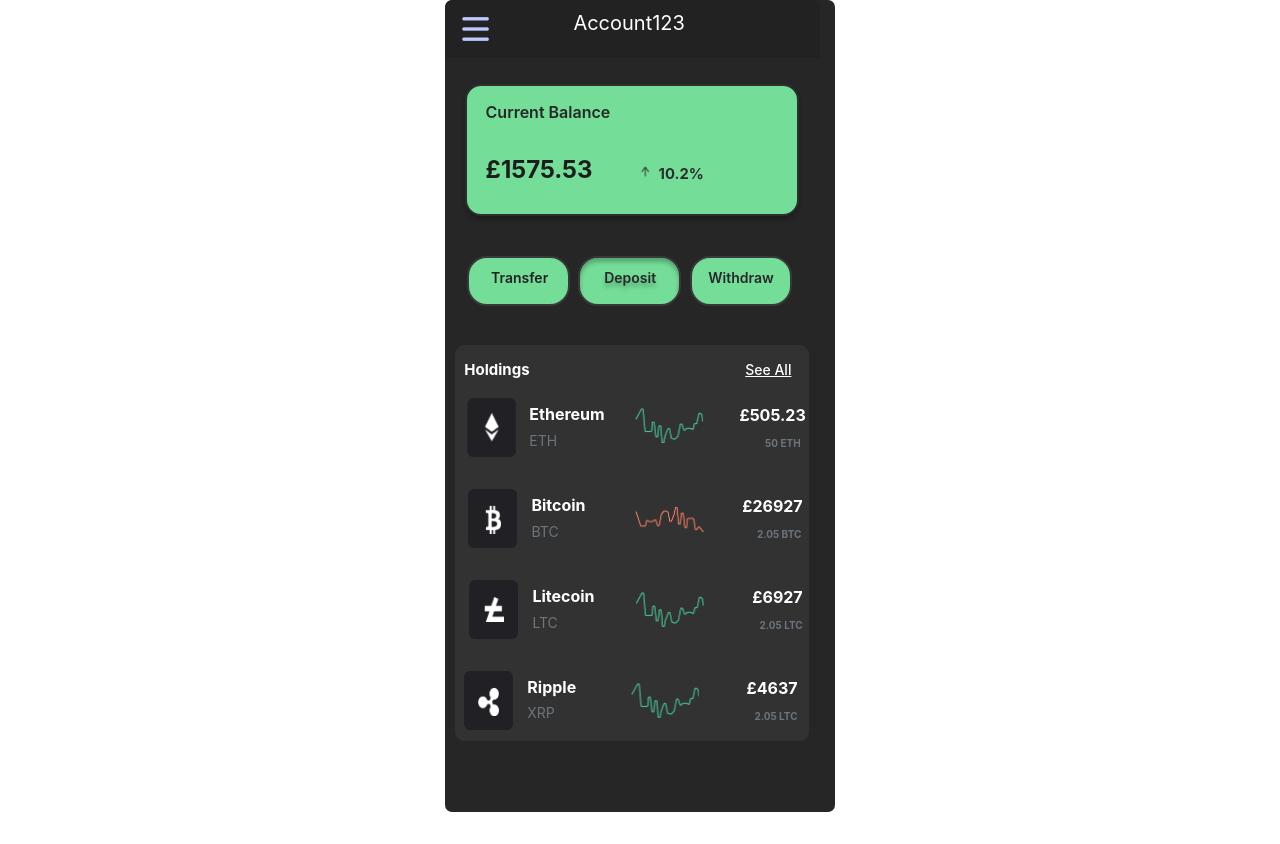
Repository: krishbains/CryptoWallet
Page: /
These files come from the project's save history. The page is drawn as it stood at one moment and after the next save; the edit follows.
The browser window is 1280 px wide. The pictures show the whole page.
The project was rebuilt for these pictures with package versions that can differ from the ones it lists, and the page was loaded fresh each time.

Above is the page before, as saved 2024-03-28 15:43:04.

After the next save:
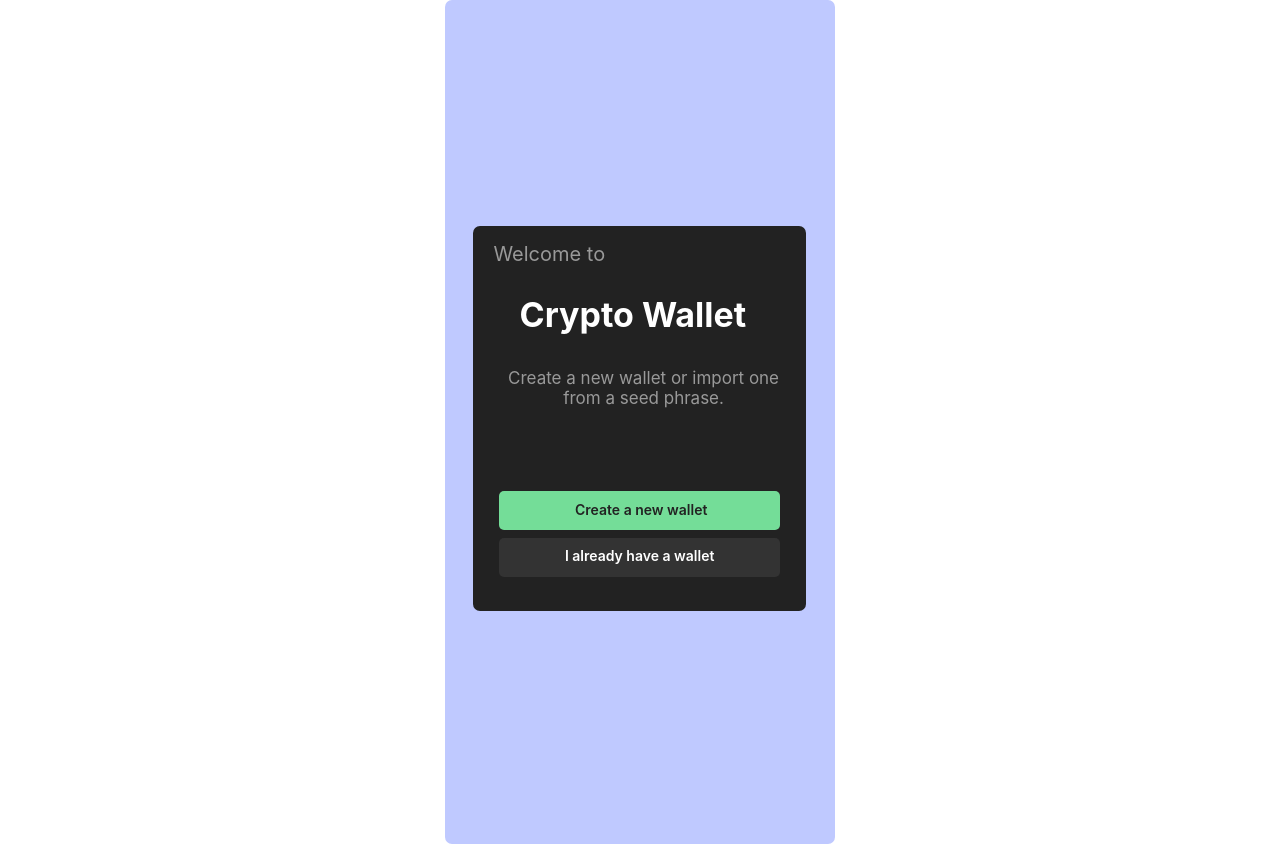
Saved 10 s later.
--- a/src/App.js
+++ b/src/App.js
@@ -5,8 +5,8 @@
 function App() {
   return (
     <div className="App">
-      <BasePage/>
-      {/* <StartingPage/> */}
+      {/* <BasePage/> */}
+      <StartingPage/>
     </div>
   );
 }

After the save that followed:
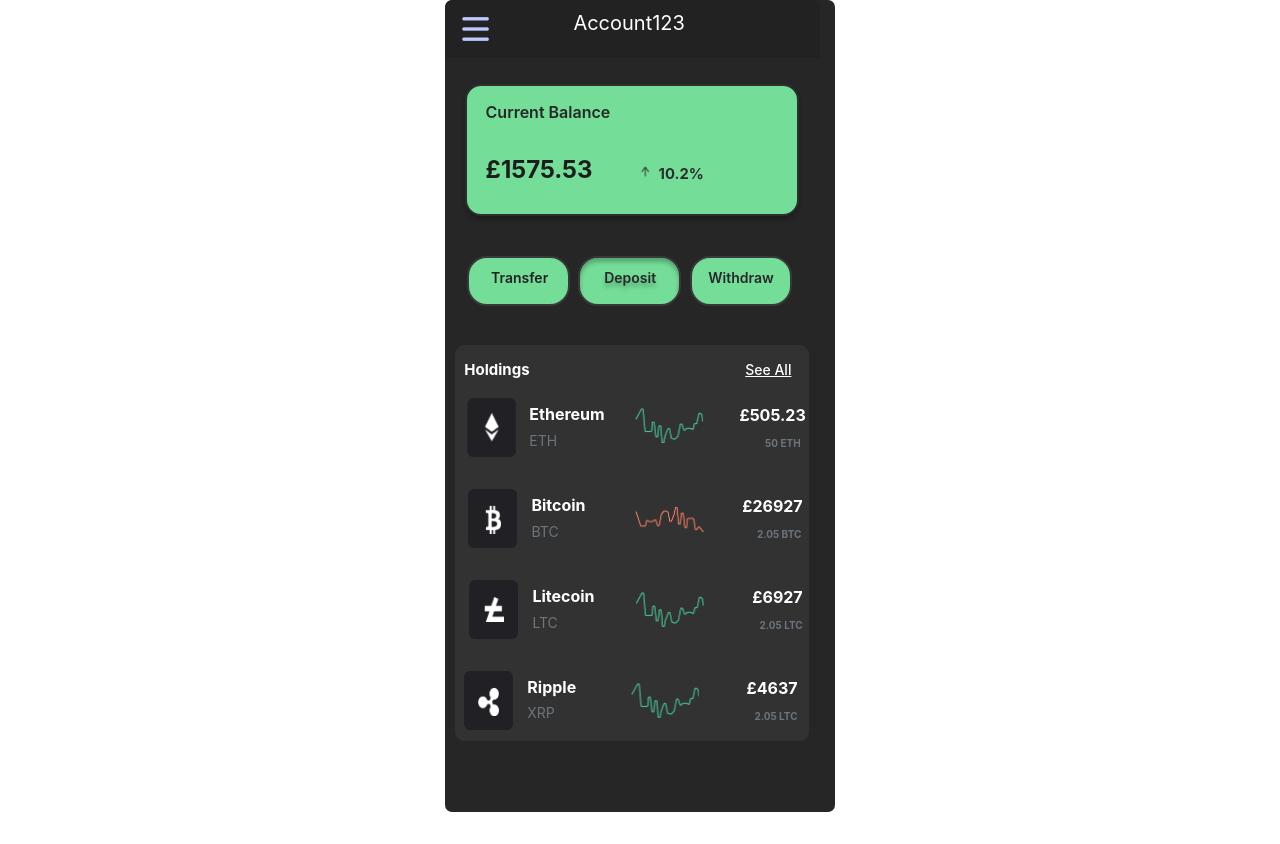
Saved 6 s later.
--- a/src/App.js
+++ b/src/App.js
@@ -5,8 +5,8 @@
 function App() {
   return (
     <div className="App">
-      {/* <BasePage/> */}
-      <StartingPage/>
+      <BasePage/>
+      {/* <StartingPage/> */}
     </div>
   );
 }
